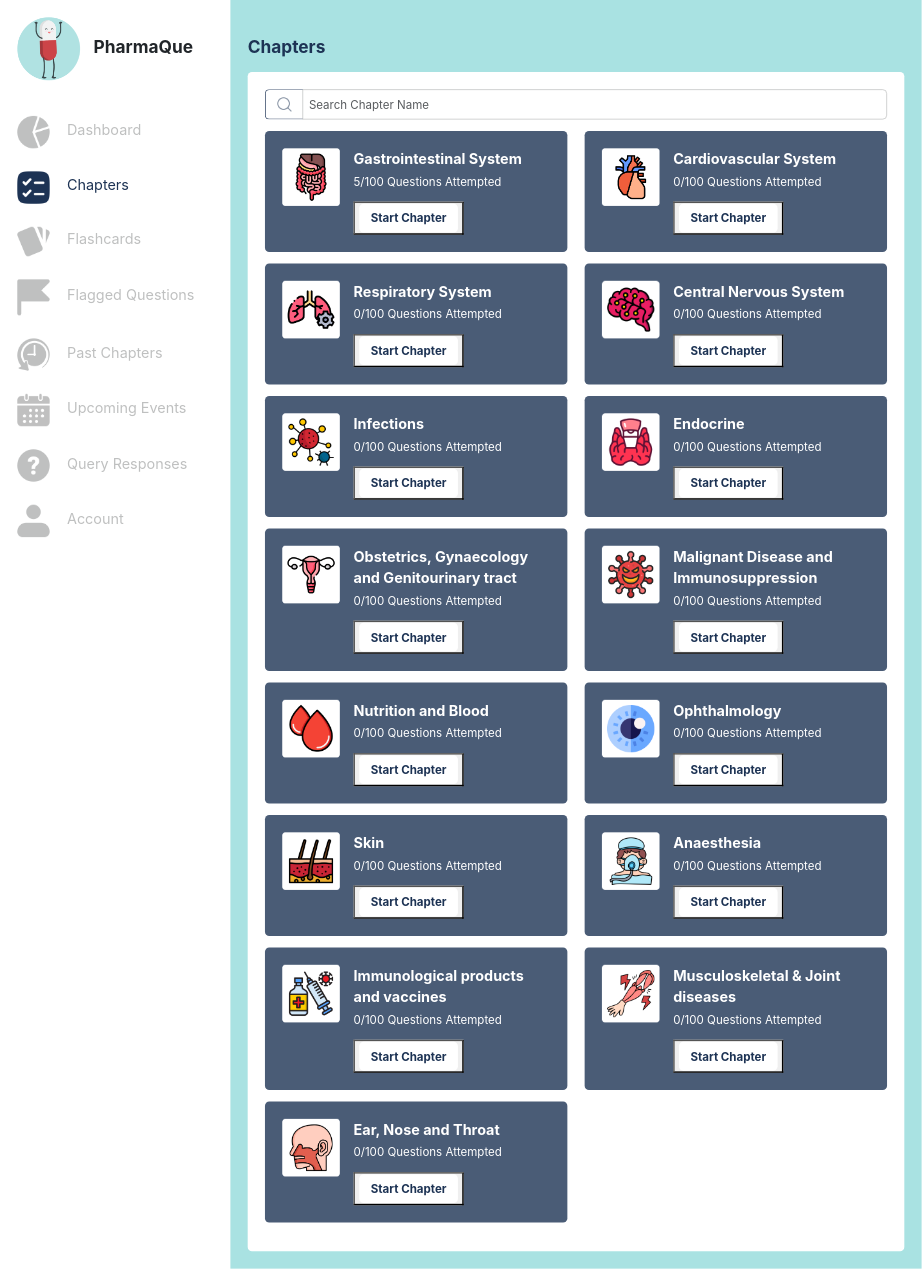
Repository: Kronium345/new_pharmaque_web_app
Page: /chapters
An editor plug-in stored every save of this project. The page is shown before and after the next save, followed by the edit.
The browser window is 1280 px wide. The pictures show the whole page, at 72% of full size.
The page's requests for data from a server got no answer. The project was rebuilt for these pictures with package versions that can differ from the ones it lists, and the page was loaded fresh each time. No one was signed in, and anything a server would have sent is missing. Also part of the build but not shown: src/pages/Login.js, src/pages/MyAccount.js, src/pages/UpcomingEvents.js, src/pages/UpcomingEvents2.js, src/pages/Dashboard.js, src/pages/FlaggedQuestions.js, src/pages/FlashcardQuestion.js, src/pages/Flashcards.js and 34 more.

Above is the page before, as saved 2024-03-10 22:47:09.

After the next save:
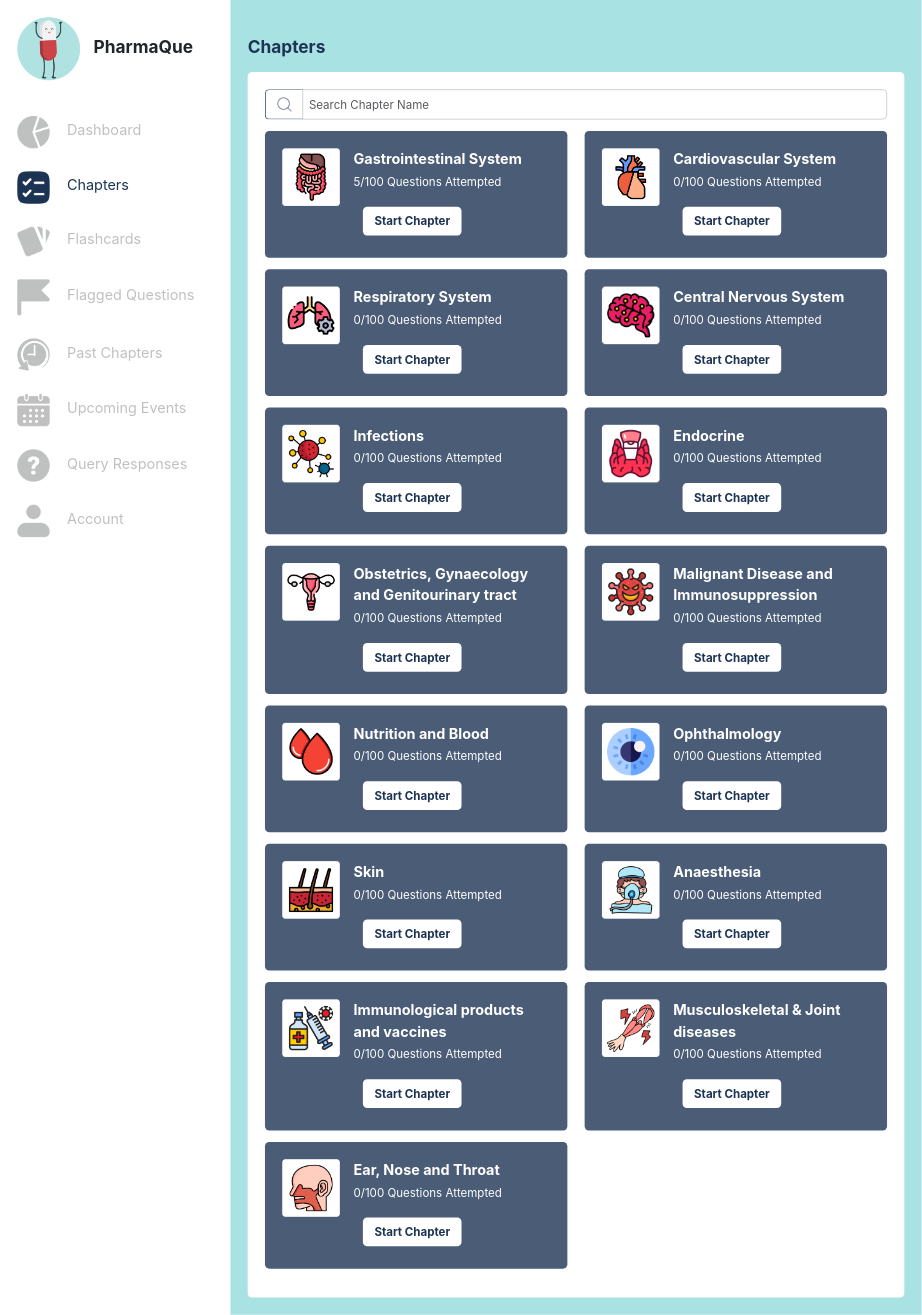
Saved 5 s later.
--- a/src/pages/Chapters.js
+++ b/src/pages/Chapters.js
@@ -156,7 +156,7 @@ const Chapters = () => {
 
                                 <button
                                   to={chapter.link}
-                                  class="removeunderline boldtext navybluetext fw-bold"
+                                  class="btn removeunderline boldtext navybluetext fw-bold"
                                 >
                                   <div class="px-3 py-2 whitebg pseudobutton">
                                     Start Chapter
